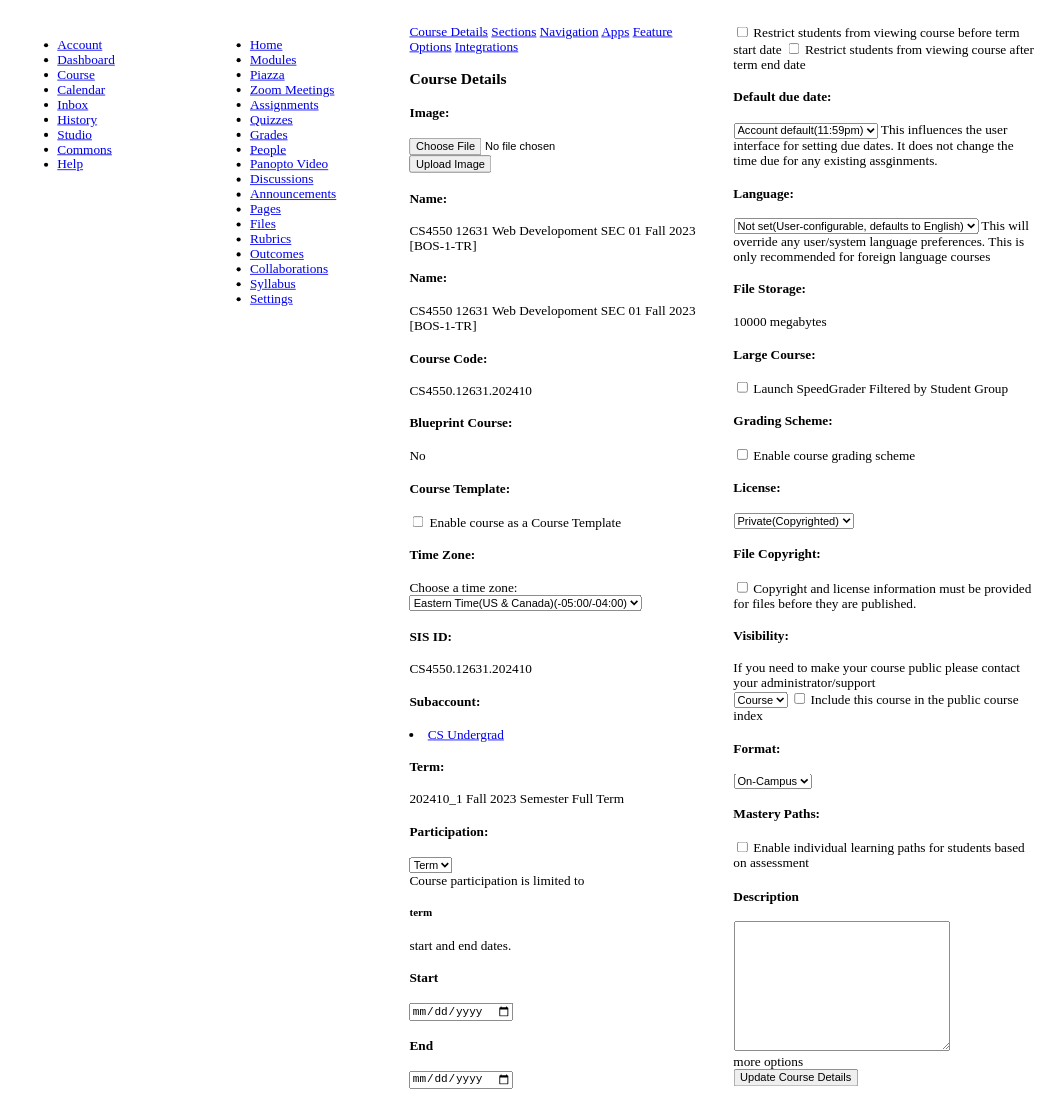
Repository: yuqiant/kanbas-react-web-app
Page: public/kanbas/navigationtab.html
An editor plug-in stored every save of this project. The page is shown before and after the next save, followed by the edit.
The browser window is 1280 px wide. The pictures show the whole page, at 83% of full size.

Above is the page before, as saved 2023-09-16 16:12:12.

### public/kanbas/navigationtab.html
<!DOCTYPE html>
<html lang="en">

<head>
    <meta charset="UTF-8">
    <meta name="viewport" content="width=device-width, initial-scale=1.0">
    <title>Column Interaction</title>
    <style>
        table {
            width: 100%;
            border-collapse: collapse;
        }

        td {
            width: 50%;
            border: 1px solid transparent;
            padding: 20px;
            vertical-align: top;
        }
    </style>
</head>

<body>
    <table>
        <tr>
            <td id="firstColumn" style="width: 150px;">
                <ul>
                    <li><a href="#">Account</a></li>
                    <li><a href="#">Dashboard</a></li>
                    <li><a href="#" onclick="showSecondColumn()">Course</a></li>
                    <li><a href="#">Calendar</a></li>
                    <li><a href="#">Inbox</a></li>
                    <li><a href="#">History</a></li>
                    <li><a href="#">Studio</a></li>
                    <li><a href="#">Commons</a></li>
                    <li><a href="#">Help</a></li>
                </ul>
            </td>
            <td id="secondColumn" style="width: 150px;">
                <ul>
                    <li><a href="#">Home</a></li>
                    <li><a href="#">Modules</a></li>
                    <li><a href="#">Piazza</a></li>
                    <li><a href="#">Zoom Meetings</a></li>
                    <li><a href="#">Assignments</a></li>
                    <li><a href="#">Quizzes</a></li>
                    <li><a href="#">Grades</a></li>
                    <li><a href="#">People</a></li>
                    <li><a href="#">Panopto Video</a></li>
                    <li><a href="#">Discussions</a></li>
                    <li><a href="#">Announcements</a></li>
                    <li><a href="#">Pages</a></li>
                    <li><a href="#">Files</a></li>
                    <li><a href="#">Rubrics</a></li>
                    <li><a href="#">Outcomes</a></li>
                    <li><a href="#">Collaborations</a></li>
                    <li><a href="#">Syllabus</a></li>
                    <li><a href="#">Settings</a></li>
                </ul>
            </td>
            <td id="thirdColumn" style="width: 250px;">
                <a href="#">Course Details</a>
                <a href="#">Sections</a>
                <a href="#">Navigation</a>
                <a href="#">Apps</a>
                <a href="#">Feature Options</a>
                <a href="#">Integrations</a>
                <h3>Course Details</h3>

                <h4>Image:</h4>
                <form action="/upload_endpoint" method="post" enctype="multipart/form-data">
                    <input type="file" name="fileToUpload" id="fileToUpload" accept="image/*">
                    <input type="submit" value="Upload Image">
                </form>

                <h4>Name:</h4>
                CS4550 12631 Web Developoment SEC 01 Fall 2023 [BOS-1-TR]

                <h4>Name:</h4>
                CS4550 12631 Web Developoment SEC 01 Fall 2023 [BOS-1-TR]

                <h4>Course Code:</h4>
                CS4550.12631.202410

                <h4>Blueprint Course:</h4> No

                <h4>Course Template:</h4>
                <form>
                    <label>
                        <input type="checkbox" name="templateChoice" value="template1"> Enable course as a Course
                        Template
                    </label>
                </form>

                <h4>Time Zone:</h4>
                <label for="timezone">Choose a time zone:</label>
                <select id="timezone" name="timezone">
                    <option value="EST">Eastern Time(US & Canada)(-05:00/-04:00)</option>

                </select>

                <h4>SIS ID:</h4>
                <div>CS4550.12631.202410</div>

                <h4>Subaccount:</h4>
                <li><a href="#">CS Undergrad</a></li>

                <h4>Term:</h4>
                <div>202410_1 Fall 2023 Semester Full Term</div>

                <h4>Participation:</h4>
                <select id="term" name="term">
                    <option value="Term">Term</option>
                </select>
                <div>Course participation is limited to <h5>term</h5> start and end dates.</div>
                <h4>Start</h4>
                <input type="date" id="text-fields-dob" /><br />

                <h4>End</h4>
                <input type="date" id="text-fields-dob" /><br />

            </td>
            <td id="fourthColumn" style="width: 250px;">
                <input type="checkbox" value="startdate" name="check-date" id="chkbox-startdate" />
                <label for="chkbox-startdate">Restrict students from viewing course before term start date</label>
                <input type="checkbox" value="enddate" name="check-date" id="chkbox-enddate" />
                <label for="chkbox-enddate">Restrict students from viewing course after term end date</label>

                <h4>Default due date:</h4>
                <select id="time" name="time">
                    <option value="Time">Account default(11:59pm)</option>
                </select>
                This influences the user interface for setting due dates. It does not change the time due for any
                existing assginments.

                <h4>Language:</h4>
                <select id="language" name="language">
                    <option value="Language">Not set(User-configurable, defaults to English)</option>
                </select>
                This will override any user/system language preferences. This is only recommended for foreign language
                courses

                <h4>File Storage:</h4>
                <div>10000 megabytes</div>

                <h4>Large Course:</h4>
                <input type="checkbox" value="largecourse" name="check-largecourse" id="chkbox-largecourse" />
                <label for="chkbox-largecourse">Launch SpeedGrader Filtered by Student Group</label>

                <h4>Grading Scheme:</h4>
                <input type="checkbox" value="gradingscheme" name="check-gradingscheme" id="chkbox-gradingscheme" />
                <label for="chkbox-gradingscheme">Enable course grading scheme</label>

                <h4>License:</h4>
                <select id="license" name="license">
                    <option value="license">Private(Copyrighted)</option>
                </select>

                <h4>File Copyright:</h4>
                <input type="checkbox" value="filecopyright" name="check-filecopyright" id="chkbox-filecopyright" />
                <label for="chkbox-filecopyright">Copyright and license information must be provided for files before
                    they are published.</label>

                <h4>Visibility:</h4>
                <div>If you need to make your course public please contact your administrator/support</div>
                <select id="visibilty" name="visibilty">
                    <option value="visibilty">Course</option>
                </select>
                <input type="checkbox" value="publiccourse" name="check-publiccourse" id="chkbox-publiccourse" />
                <label for="chkbox-publiccourse">Include this course in the public course index</label>

                <h4>Format:</h4>
                <select id="format" name="format">
                    <option value="format">On-Campus</option>
                </select>

                <h4>Mastery Paths:</h4>
                <input type="checkbox" value="masterypaths" name="check-masterypaths" id="chkbox-masterypaths" />
                <label for="chkbox-masterypaths">Enable individual learning paths for students based on
                    assessment</label>

                <h4>Description</h4>
                <form id="textarea">

                    <textarea cols="30" rows="10"></textarea>
                </form>

                <div><a herf="#">more options</a></div>

                <button type="button">Update Course Details</button>



            </td>
        </tr>
    </table>

</body>

</html>

After the next save:
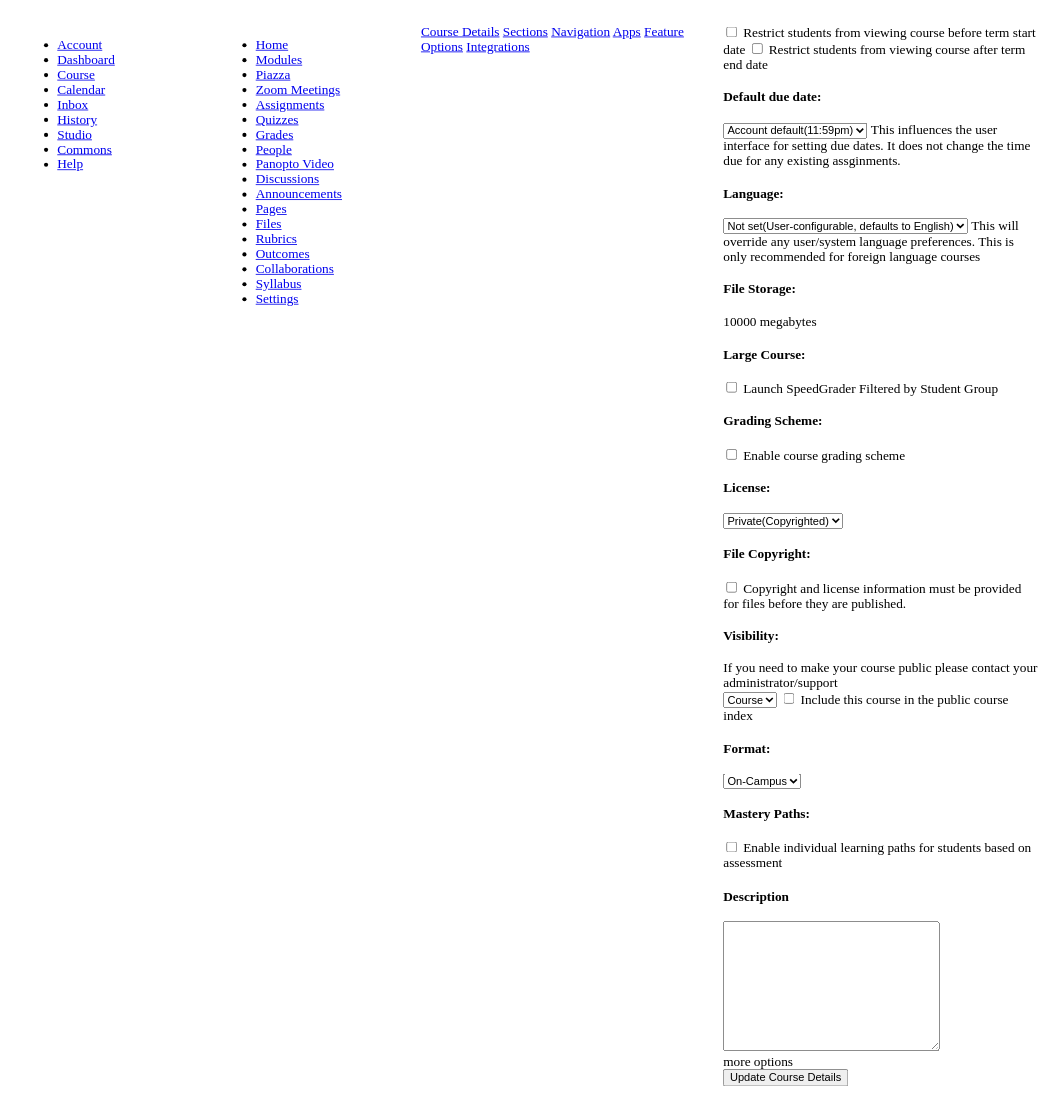
Saved 2 min 11 s later.
--- a/public/kanbas/navigationtab.html
+++ b/public/kanbas/navigationtab.html
@@ -65,59 +65,12 @@
                 <a href="#">Apps</a>
                 <a href="#">Feature Options</a>
                 <a href="#">Integrations</a>
-                <h3>Course Details</h3>
 
-                <h4>Image:</h4>
-                <form action="/upload_endpoint" method="post" enctype="multipart/form-data">
-                    <input type="file" name="fileToUpload" id="fileToUpload" accept="image/*">
-                    <input type="submit" value="Upload Image">
-                </form>
+                <div></div>
 
-                <h4>Name:</h4>
-                CS4550 12631 Web Developoment SEC 01 Fall 2023 [BOS-1-TR]
 
-                <h4>Name:</h4>
-                CS4550 12631 Web Developoment SEC 01 Fall 2023 [BOS-1-TR]
 
-                <h4>Course Code:</h4>
-                CS4550.12631.202410
 
-                <h4>Blueprint Course:</h4> No
-
-                <h4>Course Template:</h4>
-                <form>
-                    <label>
-                        <input type="checkbox" name="templateChoice" value="template1"> Enable course as a Course
-                        Template
-                    </label>
-                </form>
-
-                <h4>Time Zone:</h4>
-                <label for="timezone">Choose a time zone:</label>
-                <select id="timezone" name="timezone">
-                    <option value="EST">Eastern Time(US & Canada)(-05:00/-04:00)</option>
-
-                </select>
-
-                <h4>SIS ID:</h4>
-                <div>CS4550.12631.202410</div>
-
-                <h4>Subaccount:</h4>
-                <li><a href="#">CS Undergrad</a></li>
-
-                <h4>Term:</h4>
-                <div>202410_1 Fall 2023 Semester Full Term</div>
-
-                <h4>Participation:</h4>
-                <select id="term" name="term">
-                    <option value="Term">Term</option>
-                </select>
-                <div>Course participation is limited to <h5>term</h5> start and end dates.</div>
-                <h4>Start</h4>
-                <input type="date" id="text-fields-dob" /><br />
-
-                <h4>End</h4>
-                <input type="date" id="text-fields-dob" /><br />
 
             </td>
             <td id="fourthColumn" style="width: 250px;">
